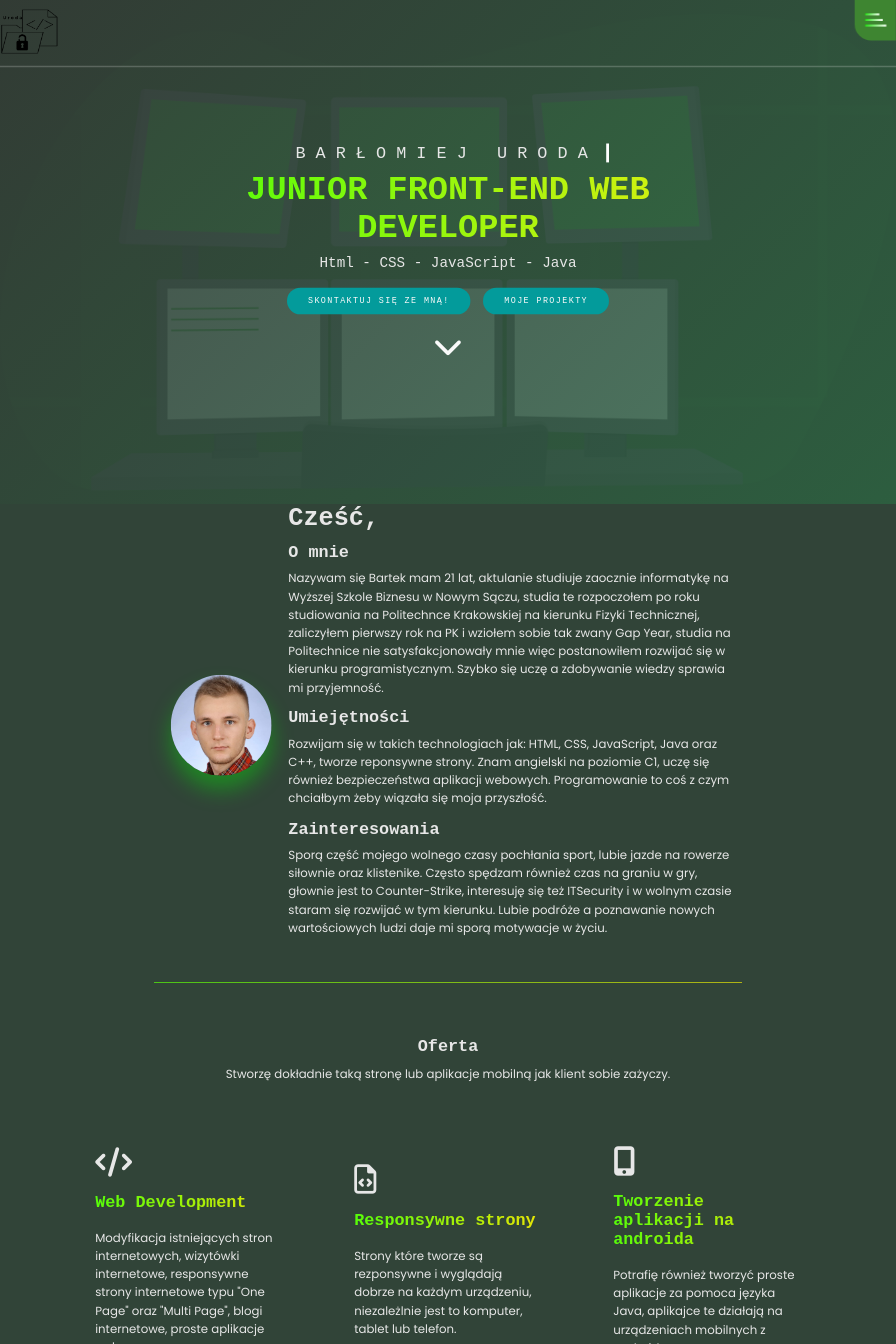
Repository: BartekUroda/portfolio
Page: index.html
An editor plug-in stored every save of this project. The page is shown before and after the next save, followed by the edit.
The browser window is 1280 px wide. The pictures show the part of the page from y = 0 to 1920 px (the page is 3956 px tall), at 70% of full size.
Some web fonts or font styles are not loaded; a fallback is used. Some web libraries are served in a nearby version.

Above is the page before, as saved 2020-10-27 23:39:49.

After the next save:
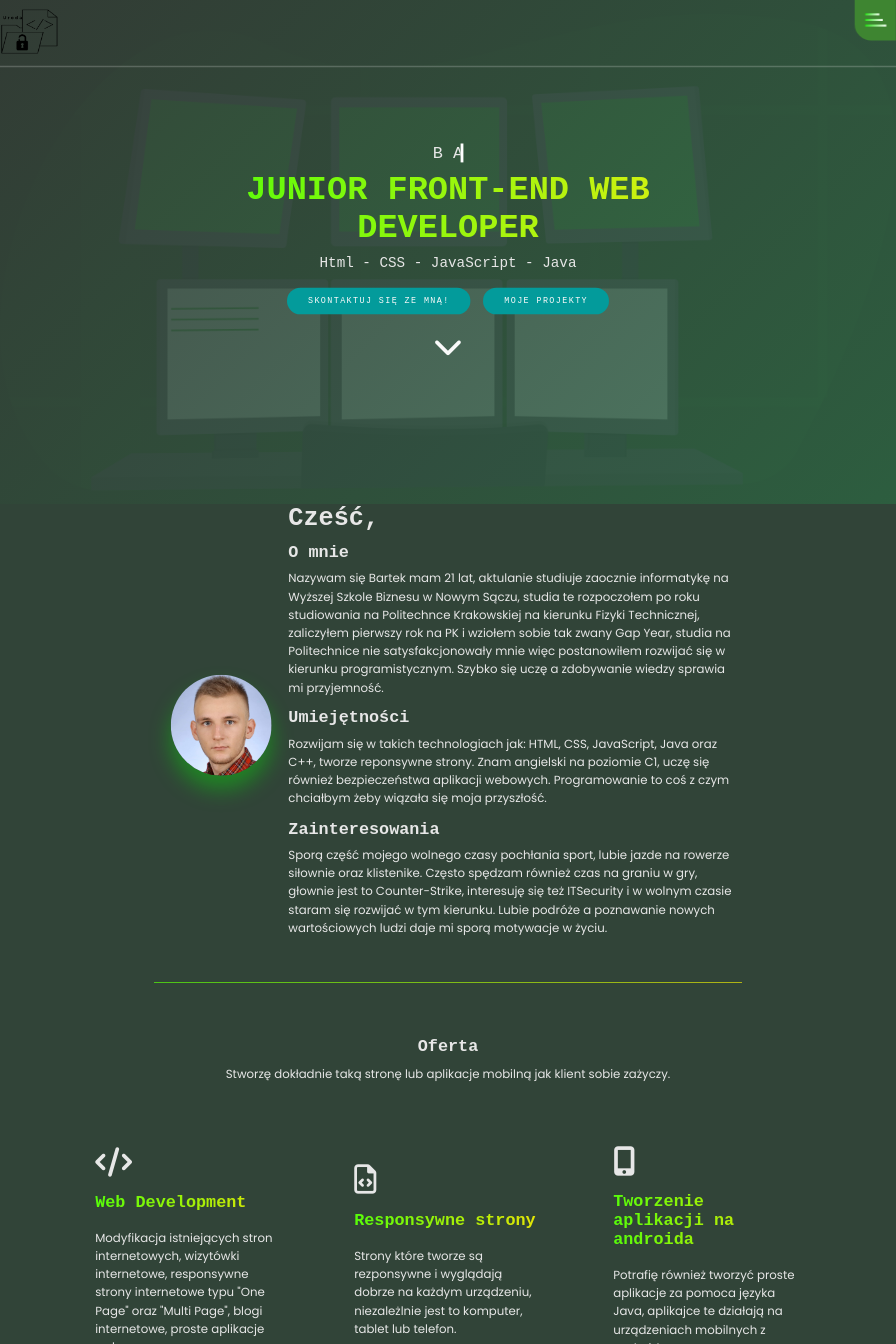
Saved 10 s later.
--- a/css/style.css
+++ b/css/style.css
@@ -196,7 +196,7 @@ nav {
     overflow: hidden;
     white-space: nowrap;
     animation: typing 5s steps(33), blink 1s ease-in-out 7s infinite;
-    width: 32ch;
+    width: 3ch;
     margin: auto;
     border-right: 4px solid rgba(255, 255, 255, 1);
 }
@@ -206,7 +206,7 @@ nav {
       color: rgb(178, 249, 14);
     }
     100% {
-      width: 32ch;
+      width: 30ch;
     }
 }
 @keyframes blink {
